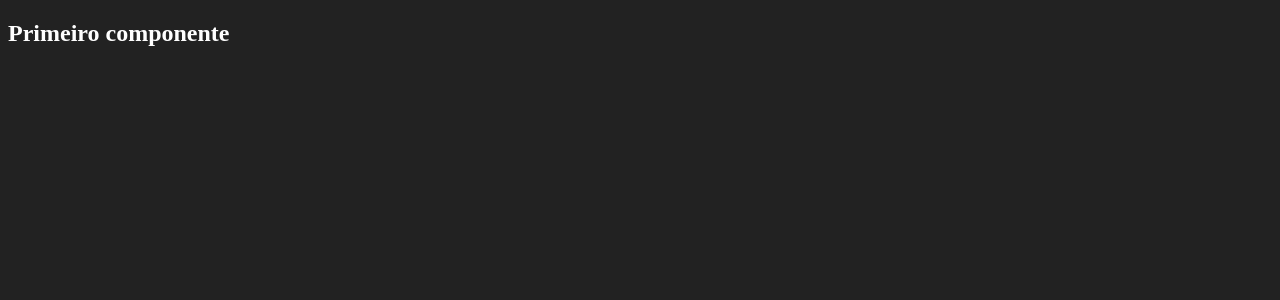
Repository: jean-siqueira/fundamentos-react
Page: /
These files come from the project's save history. The page is drawn as it stood at one moment and after a run of saves; the edit follows.
The browser window is 1280 px wide. The pictures show the whole page.
The project was rebuilt for these pictures with package versions that can differ from the ones it lists, and the page was loaded fresh each time.

Above is the page before, as saved 2023-03-04 10:57:20.

After the next 2 saves:
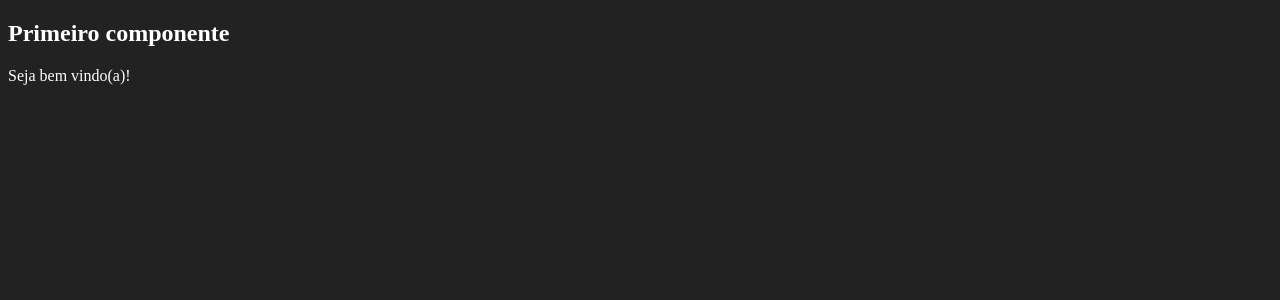
The 2 saves are shown as one change because they came seconds apart.
The last was saved 9 s later.
--- a/src/components/basicos/Primeiro.js
+++ b/src/components/basicos/Primeiro.js
@@ -8,7 +8,7 @@ export default function Primeiro() {
     return (
         <div>
             <h2>Primeiro componente</h2>
-            <p></p>
+            <p>  {msg} </p>
         </div>
     )
 
